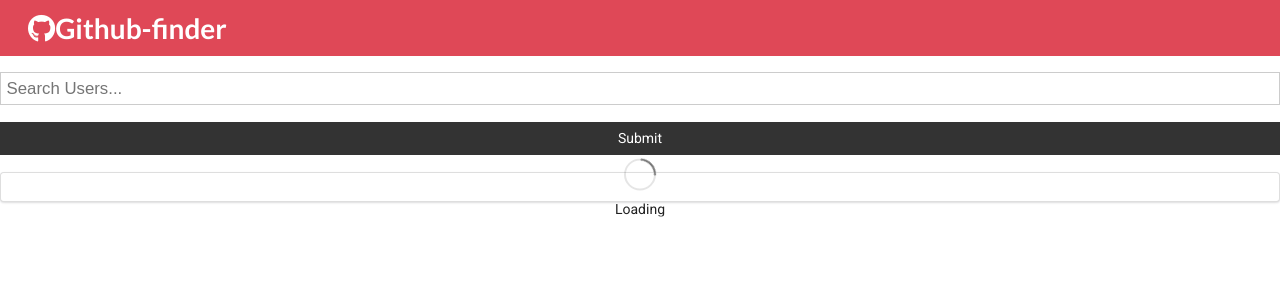
Repository: Tambarie/github-finder
Page: /
An editor plug-in stored every save of this project. The page is shown before and after a run of saves, followed by the edit.
The browser window is 1280 px wide. The pictures show the whole page.
The page's requests for data from a server got no answer. Some web libraries are served in a nearby version. The project was rebuilt for these pictures with package versions that can differ from the ones it lists, and the page was loaded fresh each time. No one was signed in, and anything a server would have sent is missing. Also part of the build but not shown: src/components/users/UserItem.js.

Above is the page before, as saved 2021-11-10 02:28:33.

After the next 2 saves:
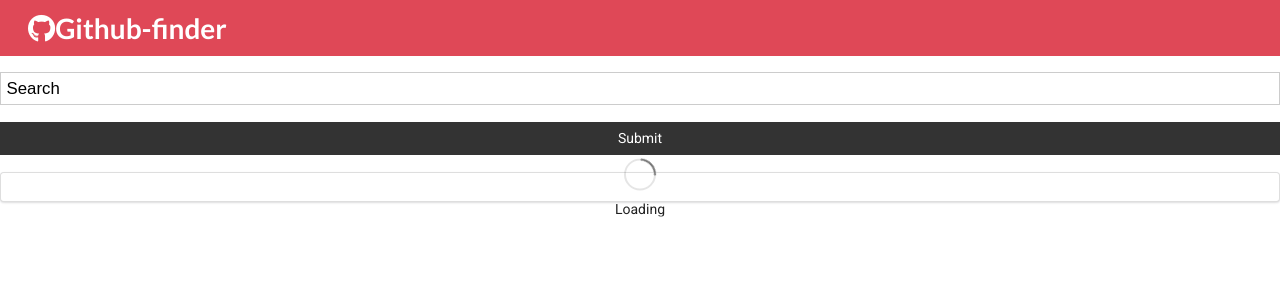
The 2 saves are shown as one change because they came seconds apart.
The last was saved 5 s later.
--- a/src/components/users/Search.js
+++ b/src/components/users/Search.js
@@ -15,11 +15,11 @@
         <input
           type='text'
           name='text'
-          value=""
+          value='Search'
           placeholder='Search Users...'
           onChange={(e) => setText(e.target.value)}
         />
-        <input type='submit' className='btn btn-dark btn-block'  />
+        <input type='submit' className='btn btn-dark btn-block' />
       </form>
 
       {display && (

After the 2 saves that followed:
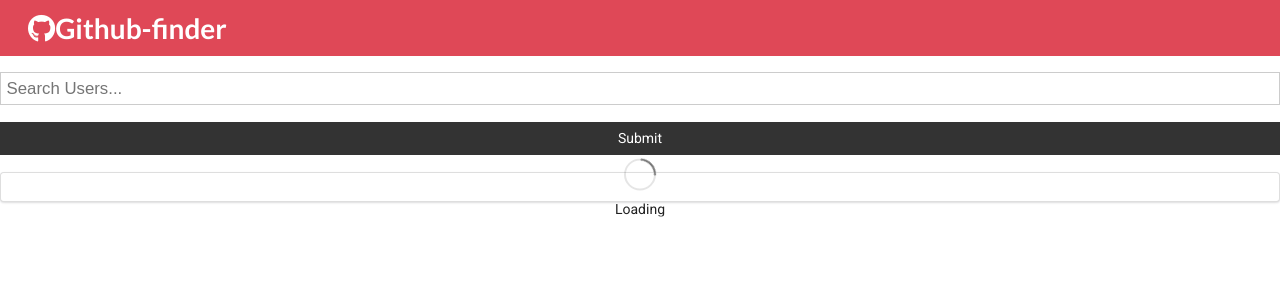
The 2 saves are shown as one change because they came seconds apart.
The last was saved 13 s later.
--- a/src/components/users/Search.js
+++ b/src/components/users/Search.js
@@ -15,11 +15,11 @@
         <input
           type='text'
           name='text'
-          value='Search'
+          value={text}
           placeholder='Search Users...'
           onChange={(e) => setText(e.target.value)}
         />
-        <input type='submit' className='btn btn-dark btn-block' />
+        <input type='submit' className='btn btn-dark btn-block'  />
       </form>
 
       {display && (
